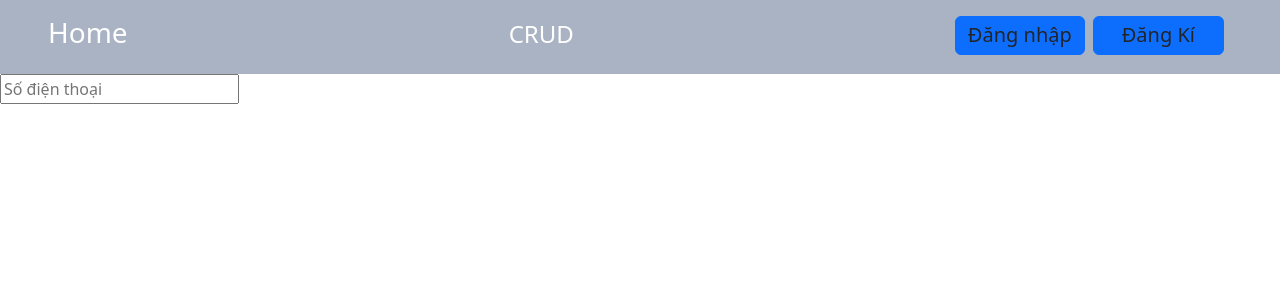
Repository: tung1999zxc/vue-project
Page: /upload
An editor plug-in stored every save of this project. The page is shown before and after the next save, followed by the edit.
The browser window is 1280 px wide. The pictures show the whole page.
The project was rebuilt for these pictures with package versions that can differ from the ones it lists, and the page was loaded fresh each time. Also part of the build but not shown: vite.config.ts, src/components/test.vue, src/components/footer1.vue, src/views/HomeView.vue, src/components/login.vue, src/components/Regis.vue, src/components/crud.vue.

Above is the page before, as saved 2023-08-08 10:25:54.

### index.html
<!DOCTYPE html>
<html lang="en">
  <head>
    <meta charset="UTF-8">
    <meta name="viewport" content="width=device-width, initial-scale=1.0">
    <title>Vite App</title>
  </head>
  <body>
    <div id="app"><div></div></div>
    <script type="module" src="/src/main.js"></script>

  </body>
</html>

### src/main.js


import { createApp } from 'vue';
import { createPinia } from 'pinia';



import App from './App.vue'
import router from './router/index'
import store from './store/index'
import axios from 'axios';
import { Field, Form, ErrorMessage } from 'vee-validate';

import 'bootstrap/dist/css/bootstrap.css'

// const isAuthenticated = localStorage.getItem('token');
// if (isAuthenticated !== null) {
//   store.commit('SET_AUTHENTICATION', isAuthenticated === 'true');
// }
const app = createApp(App)
app.component('Field', Field);
app.component('Form', Form);
app.component('ErrorMessage', ErrorMessage);
app.use(createPinia())
app.use(router)
app.use(store)
axios.defaults.headers.common['Authorization'] = `Bearer ${localStorage.getItem('token')}`;
app.mount('#app')

### src/App.vue
<template>
  <Menu/>
  <router-view></router-view>



</template>
<script setup lang="ts">
import axios from 'axios';
import { RouterLink, RouterView } from 'vue-router'
import Menu from './components/Menu.vue'


//import login from './components/login.vue'

// export default {
//   components: {
//     Menu,login2
//   },
// };

</script>

<style scoped>

</style>

### src/router/index.js
import { createRouter, createWebHistory } from 'vue-router'
import HomeView from '../views/HomeView.vue'
import Login from '../components/Login.vue'
import Regis from '../components/Regis.vue'
import crud from '../components/crud.vue'
import upload from '../components/upload.vue'


const router = createRouter({
  history: createWebHistory(import.meta.env.BASE_URL),
  routes : [
    {path: '/',component: HomeView,},
    {path: '/login',component:Login,},
    {path: '/Regis',component: Regis,},
    {path: '/crud',component: crud,},
    {path: '/upload',component: upload,},


  ]
})

export default router

### src/store/index.js
// store/index.js

import { createStore } from 'vuex'
import Vuex from 'vuex';
import auth from './auth';



const store = new Vuex.Store({
  modules: {
    auth, // Thêm Vuex module vào store với tên auth
  },
});

export default store;

### src/components/Menu.vue
<template>
    <div>
      <div class="justify-content-between d-flex px-5 py-3 " style="background: #aab3c4; ">


        <div class="h3"><router-link class="text-white text-decoration-none" to="/">Home</router-link></div>
        <div class="h4 mt-1"><router-link class="text-white text-decoration-none" to="/crud">CRUD</router-link></div>
        <!-- <div class="h4 mt-1"><router-link class="text-white text-decoration-none" to="/upload">UPLOAD</router-link></div> -->


        <div class=""><div v-if="!isAuthenticated" class="btn btn-primary mr-2 " >
          <router-link class="text-dark h5 text-decoration-none " to="/Login">Đăng nhập</router-link></div>
         <div v-else class="btn btn-danger " >
          <div @click="handleLogout">Đăng xuất</div></div>
         <div class="btn btn-primary mx-2"  v-show="!isAuthenticated"><router-link class=" h5 px-3 text-dark text-decoration-none" to="/Regis">Đăng Kí</router-link></div></div>

    </div>

    </div>
  </template>

  <script>
  import 'bootstrap/dist/css/bootstrap.css';
  import { mapState, mapGetters , mapMutations ,mapActions} from 'vuex';
  export default {
    computed: {
    ...mapGetters('auth', ['isAuthenticated','userinfo']),
  },
    methods: {
      ...mapMutations('auth', ['SET_AUTHENTICATED']),
      ...mapActions('auth', ['login', 'logout']),
    // handleLogin() {
    //   this.login(); // Call the login action to set isAuthenticated to true
    // },
    handleLogout() {
      this.logout(); // Call the logout action to set isAuthenticated to false
    },


        logoutUser(){
      // Xóa mã thông báo JWT khỏi localStorage khi đăng xuất
      localStorage.removeItem('token');
      // Hoặc đặt lại giá trị isAuthenticated về false khi đăng xuất
      this.SET_AUTHENTICATED = null;
      alert('đăng xuất thành  công');



    },
    },

  };
  </script>

  <style scoped>


  </style>

### src/components/upload.vue
<template>
  <div>
    <input v-model="phoneNumber" placeholder="Số điện thoại" @input="validatePhoneNumber" />
    <p v-if="phoneNumberError">{{ phoneNumberError }}</p>
  </div>
</template>

<script>
export default {
  data() {
    return {
      phoneNumber: '',
      phoneNumberError: '',
    };
  },
  methods: {
    validatePhoneNumber() {
      if (!/^\d{10}$/.test(this.phoneNumber)) {
        this.phoneNumberError = 'Số điện thoại không hợp lệ';
      } else {
        this.phoneNumberError = '';
      }
    },
  },
};
</script>


<!-- <template>
  <div>
    <input type="file" ref="fileInput" @change="handleFileChange" />
    <button @click="uploadFile">Tải lên</button> <br><br>
    tải lên nhiều file <br>
    <input type="file" ref="fileInput" @change="handleFileChange" multiple />
    <button @click="uploadFiles">Tải lên</button>

  </div>
</template>

<script>
export default {
  data() {
    return {
      selectedFile: null,
    };
  },
  methods: {
    handleFileChange(event) {
      this.selectedFile = event.target.files[0];
      // this.selectedFiles = event.target.files;
    },
    async uploadFile() {
      if (this.selectedFile) {
        const formData = new FormData();
        formData.append('file', this.selectedFile);

      //   const formData = new FormData();
      //   for (let i = 0; i < this.selectedFiles.length; i++) {
      //   formData.append('files', this.selectedFiles[i]);
      // }

        try {
          const response = await fetch('https://example.com/api/upload', {
            method: 'POST',
            body: formData,
          });

          if (response.ok) {
            console.log('Tải tệp lên thành công.');
          } else {
            console.error('Lỗi khi tải tệp lên.');
          }
        } catch (error) {
          console.error('Lỗi kết nối:', error);
        }
      } else {
        console.warn('Vui lòng chọn tệp cần tải lên.');
      }
    },
  },
};
</script> -->

### src/store/auth.js
const state = {
  isAuthenticated: localStorage.getItem('token'),
  userinfo: JSON.parse(localStorage.getItem('userinfo')),

  // Các thông tin người dùng khác nếu cần
};

const getters = {
  isAuthenticated: state => state.isAuthenticated,
  userinfo: state => state.userinfo,

  // Các getters khác nếu cần
};
  const mutations = {
    SET_AUTHENTICATED(state, value) {
      state.isAuthenticated = value;
    },
    SET_USERINFO(state, value) {
      state.userinfo = value;

    },
    // Các mutations khác nếu cần
  };
  import axios from 'axios';
  import router from '../router/index';
  const actions = {
    login({ commit }, { username, password }) {

      axios.post('https://api.tranhai.net/api/auth/login', {
      username: username,
      password: password
    })
    .then(response => {
      const data = response.data;
      localStorage.setItem('token', data.access_token);
      commit('SET_AUTHENTICATED', localStorage.getItem('token'));

      axios.get('https://api.tranhai.net/api/userinfo/me'
      // {
      //   headers: {
      //     Authorization: 'Bearer ' + localStorage.getItem('token'),
      //   }}
        )
      .then(response=>{
        localStorage.setItem('userinfo', JSON.stringify(response.data));

      })
      .catch(error =>{
        alert('lấy thông tin thất bại');
      })

      // console.log(data)
      // this.token = data.access_token;
    })
    .catch(error => {
      // Xử lý lỗi đăng nhập
      console.error(error);

      alert('Đăng nhập thất bại!');

    });

    //
    //

        },


      logout({ commit }) {
        localStorage.removeItem('token');
        localStorage.removeItem('userinfo');
          commit('SET_AUTHENTICATED', localStorage.getItem('token'));
          commit('SET_USERINFO', {});
          alert('đăng xuất thành  công');
        },

  };


  export default {
    namespaced: true,
    state,
    mutations,
    actions,
    getters,
  };

After the next save:
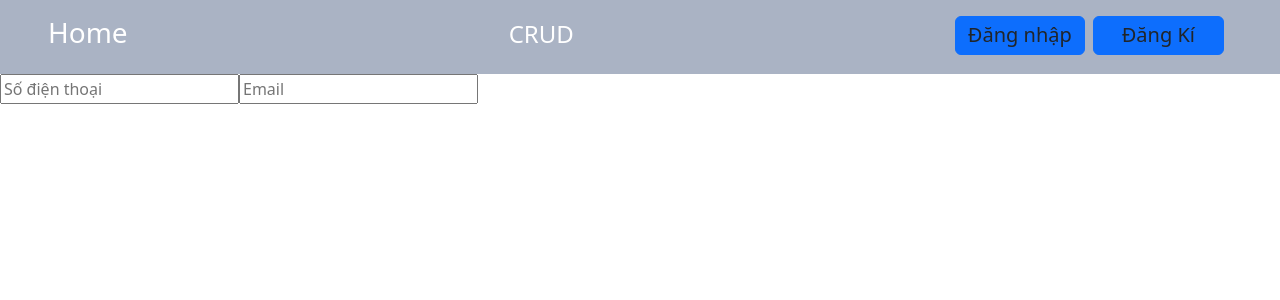
Saved 12 min 18 s later.
--- a/src/components/upload.vue
+++ b/src/components/upload.vue
@@ -2,6 +2,10 @@
   <div>
     <input v-model="phoneNumber" placeholder="Số điện thoại" @input="validatePhoneNumber" />
     <p v-if="phoneNumberError">{{ phoneNumberError }}</p>
+
+
+        <input v-model="email" placeholder="Email" pattern="[a-z0-9._%+-]+@[a-z0-9.-]+\.[a-z]{2,}$" />
+
   </div>
 </template>
 
